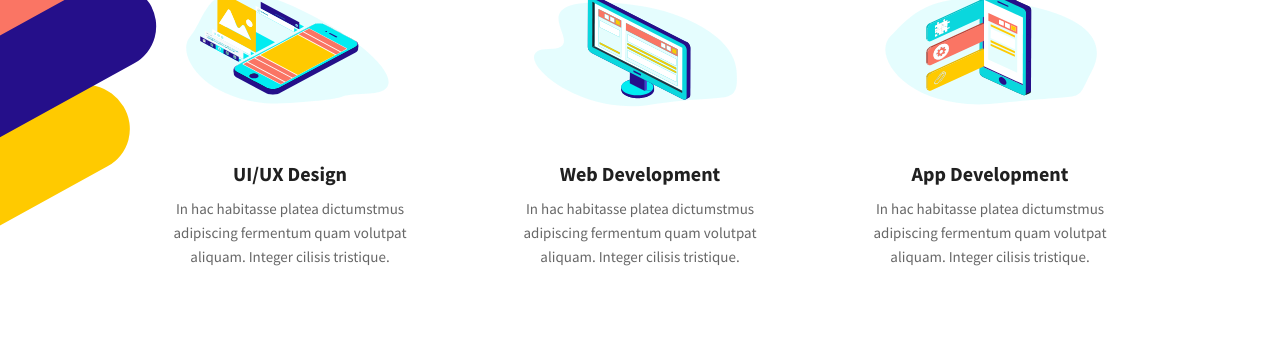
Repository: advert31337/marafon_from0to1_MartaUP
Page: index.html
The author's editor kept a copy of each file at every save. The page is drawn from the files as they stood at one save, then again after the next save.
The browser window is 1280 px wide. The pictures show the part of the page from y = 1009 to 1961 px (the page is 1371 px tall before and 1961 px after).

Above is the page before, as saved 2020-03-07 21:06:40.

### index.html
<!DOCTYPE html>
<html lang="en">

<head>
    <meta charset="UTF-8">
    <meta name="viewport" content="width=device-width, initial-scale=1.0">
    <title>Marafon MartaUP</title>
    <link href="https://fonts.googleapis.com/css?family=Source+Sans+Pro:400,600,700&display=swap" rel="stylesheet">
    <link rel="stylesheet" href="css/reset.css">
    <link rel="stylesheet" href="css/slick.css">
    <link rel="stylesheet" href="css/style.css">
</head>

<body>
    <header class="header">

        <div class="container">
            <div class="header__top">

                <div class="logo">
                    <a href="#!">+
                        <img src="images/logo.svg" alt="">
                    </a>
                </div>

                <nav class="menu">
                    <ul class="menu__list">
                        <li><a class="menu__list-item" href="#">home</a></li>
                        <li><a class="menu__list-item" href="#">work</a></li>
                        <li><a class="menu__list-item" href="#">about</a></li>
                        <li><a class="menu__list-item" href="#">contact</a></li>
                    </ul>
                </nav>

                <div class="header-btn">
                    <a class="login" href="#">login</a>
                    <a class="sign-up" href="#">sign up</a>
                </div>

            </div>

            <div class="header-slider">
                <div class="header-slider__item">
                    <div class="header-slider__item-content">

                        <div class="header-slider__item-info">
                            <h3 class="header-slider__title">
                                We Build Apps & Websites
                                for Your Business
                            </h3>
                            <div class="header-slider__description">
                                For startups, For businesses & For you
                            </div>
                            <a href="" class="header-slider__btn">Request a quote</a>
                        </div>

                        <div class="header-slider__item-images">
                            <img src="images/slider-img.png" alt="">
                        </div>
                    </div>
                </div>


                <div class="header-slider__item">
                    <div class="header-slider__item-content">

                        <div class="header-slider__item-info">
                            <h3 class="header-slider__title">
                                We Build Apps & Websites
                                for Your Business
                            </h3>
                            <div class="header-slider__description">
                                For startups, For businesses & For you
                            </div>
                            <a href="" class="header-slider__btn">Request a quote</a>
                        </div>

                        <div class="header-slider__item-images">
                            <img src="images/slider-img.png" alt="">
                        </div>
                    </div>
                </div>


                <div class="header-slider__item">
                    <div class="header-slider__item-content">

                        <div class="header-slider__item-info">
                            <h3 class="header-slider__title">
                                We Build Apps & Websites
                                for Your Business
                            </h3>
                            <div class="header-slider__description">
                                For startups, For businesses & For you
                            </div>
                            <a href="" class="header-slider__btn">Request a quote</a>
                        </div>

                        <div class="header-slider__item-images">
                            <img src="images/slider-img.png" alt="">
                        </div>
                    </div>
                </div>


                <div class="header-slider__item">
                    <div class="header-slider__item-content">

                        <div class="header-slider__item-info">
                            <h3 class="header-slider__title">
                                We Build Apps & Websites
                                for Your Business
                            </h3>
                            <div class="header-slider__description">
                                For startups, For businesses & For you
                            </div>
                            <a href="" class="header-slider__btn">Request a quote</a>
                        </div>

                        <div class="header-slider__item-images">
                            <img src="images/slider-img.png" alt="">
                        </div>
                    </div>
                </div>


                <div class="header-slider__item">
                    <div class="header-slider__item-content">

                        <div class="header-slider__item-info">
                            <h3 class="header-slider__title">
                                We Build Apps & Websites
                                for Your Business
                            </h3>
                            <div class="header-slider__description">
                                For startups, For businesses & For you
                            </div>
                            <a href="" class="header-slider__btn">Request a quote</a>
                        </div>

                        <div class="header-slider__item-images">
                            <img src="images/slider-img.png" alt="">
                        </div>
                    </div>
                </div>
            </div>

        </div>

    </header>

    <section class="specialised">
        <div class="container">
            <div class="specialised__title title">
                We are specialised in
            </div>
            <div class="specialised__items">
                <div class="specialised__item">
                    <div class="specialised__item-img">
                        <img src="images/specialise-1.svg" alt="">
                    </div>

                    <div class="specialise__item-title">
                        UI/UX Design
                    </div>
                    <div class="specialise__item-text">
                        In hac habitasse platea dictumstmus adipiscing fermentum quam volutpat aliquam. Integer cilisis tristique.
                    </div>
                </div>
                <div class="specialised__item">
                    <div class="specialised__item-img">
                        <img src="images/specialise-2.svg" alt="">
                    </div>
                    <div class="specialise__item-title">
                        Web Development
                    </div>
                    <div class="specialise__item-text">
                        In hac habitasse platea dictumstmus adipiscing fermentum quam volutpat aliquam. Integer cilisis tristique.
                    </div>
                </div>
                <div class="specialised__item">
                    <div class="specialised__item-img">
                        <img src="images/specialise-3.svg" alt="">
                    </div>
                    <div class="specialise__item-title">
                        App Development
                    </div>
                    <div class="specialise__item-text">
                        In hac habitasse platea dictumstmus adipiscing fermentum quam volutpat aliquam. Integer cilisis tristique.
                    </div>
                </div>
            </div>
        </div>
    </section>

    <main>

    </main>

    <footer>

    </footer>


    <script src="https://ajax.googleapis.com/ajax/libs/jquery/3.4.1/jquery.min.js"></script>
    <script src="js/slick.min.js"></script>
    <script src="js/main.js"></script>
</body>

</html>

### css/style.css
*{
    box-sizing: border-box;
}

body {
    font-family: 'Source Sans Pro', sans-serif;
    font-size: 15px;
    line-height: 24px;
}

a {
    text-decoration: none;
    color: inherit;
}
.header {
    background-image: url('../images/header-bg.jpg');
    min-height: 793px;
    background-repeat: no-repeat;
    background-size: cover;
    background-position: top center;
}

.container {
    max-width: 1200px;
    margin: 0 auto;
    padding: 0 15px 0 15px;

}

.header__top {
    display: flex;
    justify-content: space-between;
    height: 100px;
    align-items: center;
}

.menu__list {
    display: flex;
}

.menu__list li + li {
    padding-left: 50px;

}

.login {
    margin-right: 44px;
    color: #fff;
    text-transform: uppercase;
    font-weight: 600;
}

.menu__list a{
    opacity: 0.5;
    color: #fff;
    font-weight: 600;
    text-transform: uppercase;
    transition: all 0.5s;
}

.menu__list a:hover {
    opacity: 1;
}

.sign-up {
    text-transform: uppercase;
    color: #250f8a;
    font-weight: 600;
    background-color: #fff;
    padding: 8px 43px;
    border-radius: 20px;

}

.header-slider {
    padding-top: 111px;
}
.header-slider__item {

}
.header-slider__item-content {
    display: flex;
    justify-content: space-between;
}
.header-slider__item-info {
    max-width: 506px;
    color:#fff;
}
.header-slider__title {
    font-weight: 700;
    font-size: 45px;
    line-height: 60px;
    margin-bottom: 10px;
}
.header-slider__description {
    line-height: 55px;
    font-size: 24px;
    margin-bottom: 60px;
}
.header-slider__btn {
    font-weight: 600;
    text-transform: uppercase;
    color: #250F8A;
    padding: 13px 39px;
    background-color: #FFCA00;
    border-radius: 25px;
}
.header-slider__item-images {
    margin: 10px 82px 0 0;
}

.header-dots{
    list-style: none;
    position: absolute;
    right: 0;
    top: 50%;
}

.header-dots button {
    border: none;
    background-color: #fff;
    opacity: 0.5;
    font-size: 0;
    padding: 0;
    width: 7px;
    height: 7px;
    border-radius: 3.5px;
    cursor: pointer;
    outline: none;
    margin: 10px auto;
    display: block;
}

.header-dots .slick-active button{
    width: 15px;
    opacity: 1;
}

.specialised{
    padding: 55px 0 93px;
    background-image: url(../images/special-bg.svg);
    background-position: left bottom;
    background-repeat: no-repeat;
    color: #202020;
    text-align: center;
}

.specialised__title {
    margin-bottom: 96px;
}
.title {
    font-size: 35px;
    line-height: 45px;
    font-weight: 700;
    text-align: center;
}

.specialised__items {
    display: flex;
    justify-content: space-between;
    max-width: 980px;
    margin: 0 auto;

}
.specialised__item {
    width: 280px;
}
.specialised__item-img {
    margin-bottom: 23px;
    min-height: 159px;
}
.specialise__item-title {
    margin-bottom: 11px;
    font-size: 20px;
    font-weight: 700;
}
.specialise__item-text {
   padding: 0 10px;
   color: #272727;
   opacity: 0.7;
}

### js/main.js
$(function(){
    $('.header-slider').slick({
        arrows: false,
        vertical: true,
        dots: true,
        dotsClass: 'header-dots',
        autoplay: 2000,

    })
})

Loaded but not shown: css/reset.css (common file); css/slick.css (common file); js/slick.min.js (library)

After the next save:
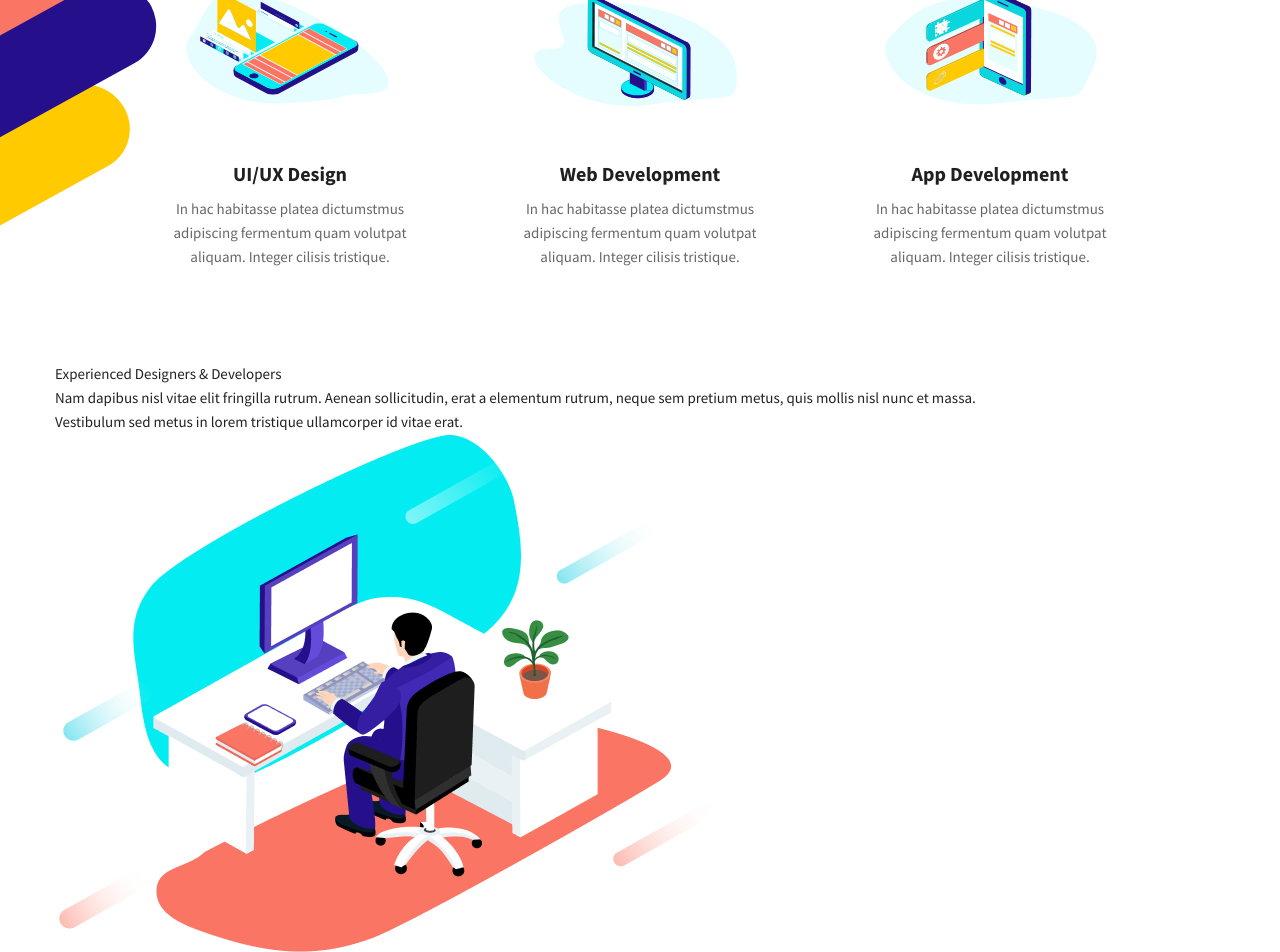
Saved 12 h 53 min later.
--- a/index.html
+++ b/index.html
@@ -193,9 +193,30 @@
         </div>
     </section>
 
-    <main>
-
-    </main>
+    <section class="advantages">
+        <div class="container">
+            <div class="advantages-box">
+                <div class="advantages-box__info">
+                    <div class="advantages-box__title">
+                        Experienced Designers &
+Developers
+                    </div>
+                    <div class="advantages-box__text">
+                        <p>
+                            Nam dapibus nisl vitae elit fringilla rutrum. Aenean sollicitudin, erat a elementum rutrum, neque sem pretium metus, quis mollis nisl nunc et massa.
+                        </p>
+                        <p>
+                            Vestibulum sed metus in lorem tristique ullamcorper id vitae erat.
+                        </p>
+                    </div>
+                </div>
+
+                <div class="advantages-box__img">
+                    <img src="images/advantages-1.png" alt="">
+                </div>
+            </div>
+        </div>
+    </section>
 
     <footer>
 
